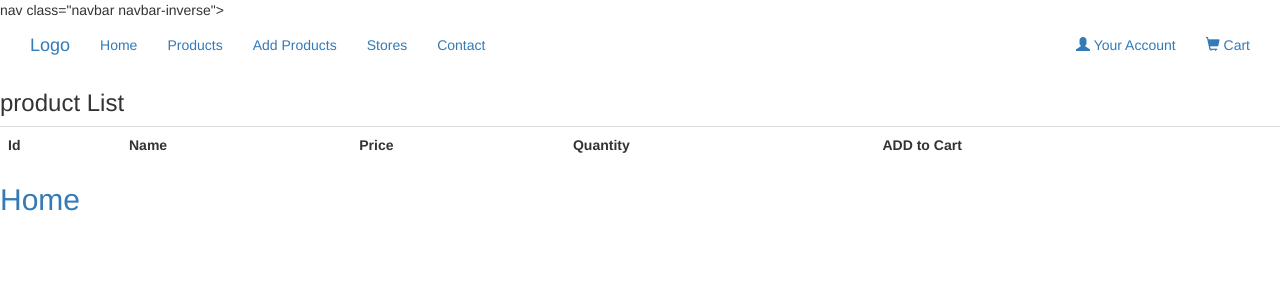
Repository: akashbhasy/AllTrainingProjects_MC-SB
Page: http://localhost/ProductPortalApp/WEB-INF/views/viewAllProducts.jsp
The author's editor kept a copy of each file at every save. The page is drawn from the files as they stood at one save, then again after the next save.
The browser window is 1280 px wide. The pictures show the whole page.
The page is served by Tomcat 9. Nobody is signed in. Other server files are loaded and not shown. The template is opened directly, without the code that normally fills it, so the values that code supplies are empty.

Above is the page before, as saved 2021-05-16 16:42:48.

### ProductPortalApp/src/main/webapp/WEB-INF/views/viewAllProducts.jsp
<%@ page language="java" contentType="text/html; charset=ISO-8859-1"
	pageEncoding="ISO-8859-1"%>

<!DOCTYPE html>
<%@ taglib prefix="c" uri="http://java.sun.com/jsp/jstl/core"%>
   <%@ taglib prefix="form" uri="http://www.springframework.org/tags/form"%>
<html>
<head>
<title>OnlineStore</title>
  <meta charset="utf-8">
  <meta name="viewport" content="width=device-width, initial-scale=1">
  <link rel="stylesheet" href="https://maxcdn.bootstrapcdn.com/bootstrap/3.4.1/css/bootstrap.min.css">
  <script src="https://ajax.googleapis.com/ajax/libs/jquery/3.5.1/jquery.min.js"></script>
  <script src="https://maxcdn.bootstrapcdn.com/bootstrap/3.4.1/js/bootstrap.min.js"></script>
  <style>
    /* Remove the navbar's default rounded borders and increase the bottom margin */
    .navbar {
      margin-bottom: 50px;
      border-radius: 0;
    }
  </style>
</head>
<body>
nav class="navbar navbar-inverse">
  <div class="container-fluid">
    <div class="navbar-header">
      <button type="button" class="navbar-toggle" data-toggle="collapse" data-target="#myNavbar">
        <span class="icon-bar"></span>
        <span class="icon-bar"></span>
        <span class="icon-bar"></span>
      </button>
      <a class="navbar-brand" href="#">Logo</a>
    </div>
    <div class="collapse navbar-collapse" id="myNavbar">
      <ul class="nav navbar-nav">
        <li class="active"><a href="index">Home</a></li>
        <li><a href="viewAllProducts">Products</a></li>
        <li><a href="addproduct">Add Products</a></li>
        <li><a href="#">Stores</a></li>
        <li><a href="#">Contact</a></li>
      </ul>
      <ul class="nav navbar-nav navbar-right">

	  <li class="dropdown"><a class="dropdown-toggle" data-toggle="dropdown" href="#"><span class="glyphicon glyphicon-user"></span> Your Account</a>
        <ul class="dropdown-menu">
          <li><a href="#">Profile View</a></li>
          <li><a href="/logout">Logout</a></li>
         </ul>
	  <li><a href="cart/mycart"><span class="glyphicon glyphicon-shopping-cart"></span> Cart</a></li>
      </ul>
    </div>
  </div>
</nav>
	<h3>product List</h3>


	<table class="table table-hover">

		<tr>
			<th>Id</th>
			<th>Name</th>
			<th>Price</th>
			<th>Quantity</th>
			<th>ADD to Cart</th>
		</tr>
		<c:forEach var="product" items="${Products }">
			<tr>
			<form:form  method="POST" action="cart/saveCart" modelAttribute="Products">
				<td><input type="hidden" name="productId"  value="${product.productId}"/>${product.productId}</td>
				<td><input type="hidden"  name="productName" value="${product.productName }"/>${product.productName }</td>
				<td><input type="hidden"  name="price" id=product.price${product.productId } value="${product.price }"  />${product.price }</td>
				<td><input type="hidden"   id=product.quantityOnHand${product.productId} value="${product.quantityOnHand }" >
				<input type="text" name="quantityOnHand" placeholder="${product.quantityOnHand }" required></td>
				<td><input type="submit" class="fadeIn fourth" value="Add to Cart"></td>
</form:form>
			</tr>
		</c:forEach>

	</table>

	<h2>
		<a href="index">Home</a>
	</h2>

</body>
</html>

After the next save:
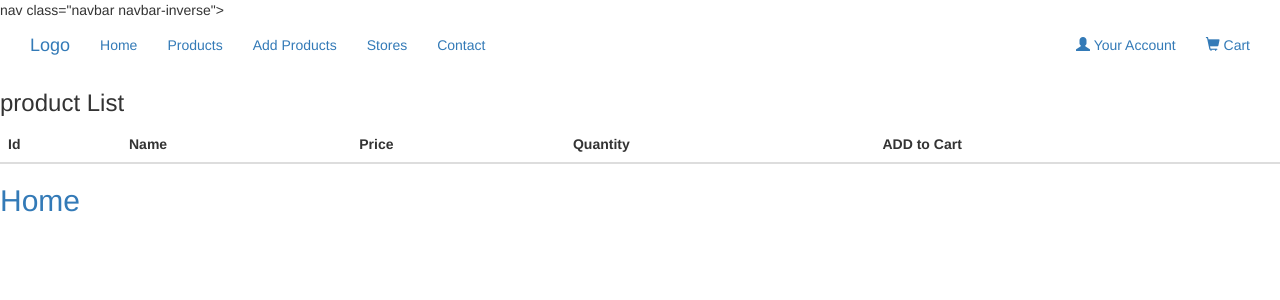
Saved 30 s later.
--- a/ProductPortalApp/src/main/webapp/WEB-INF/views/viewAllProducts.jsp
+++ b/ProductPortalApp/src/main/webapp/WEB-INF/views/viewAllProducts.jsp
@@ -55,7 +55,7 @@ nav class="navbar navbar-inverse">
 
 
 	<table class="table table-hover">
-
+	 <thead>
 		<tr>
 			<th>Id</th>
 			<th>Name</th>
@@ -63,6 +63,7 @@ nav class="navbar navbar-inverse">
 			<th>Quantity</th>
 			<th>ADD to Cart</th>
 		</tr>
+		</thead>
 		<c:forEach var="product" items="${Products }">
 			<tr>
 			<form:form  method="POST" action="cart/saveCart" modelAttribute="Products">
